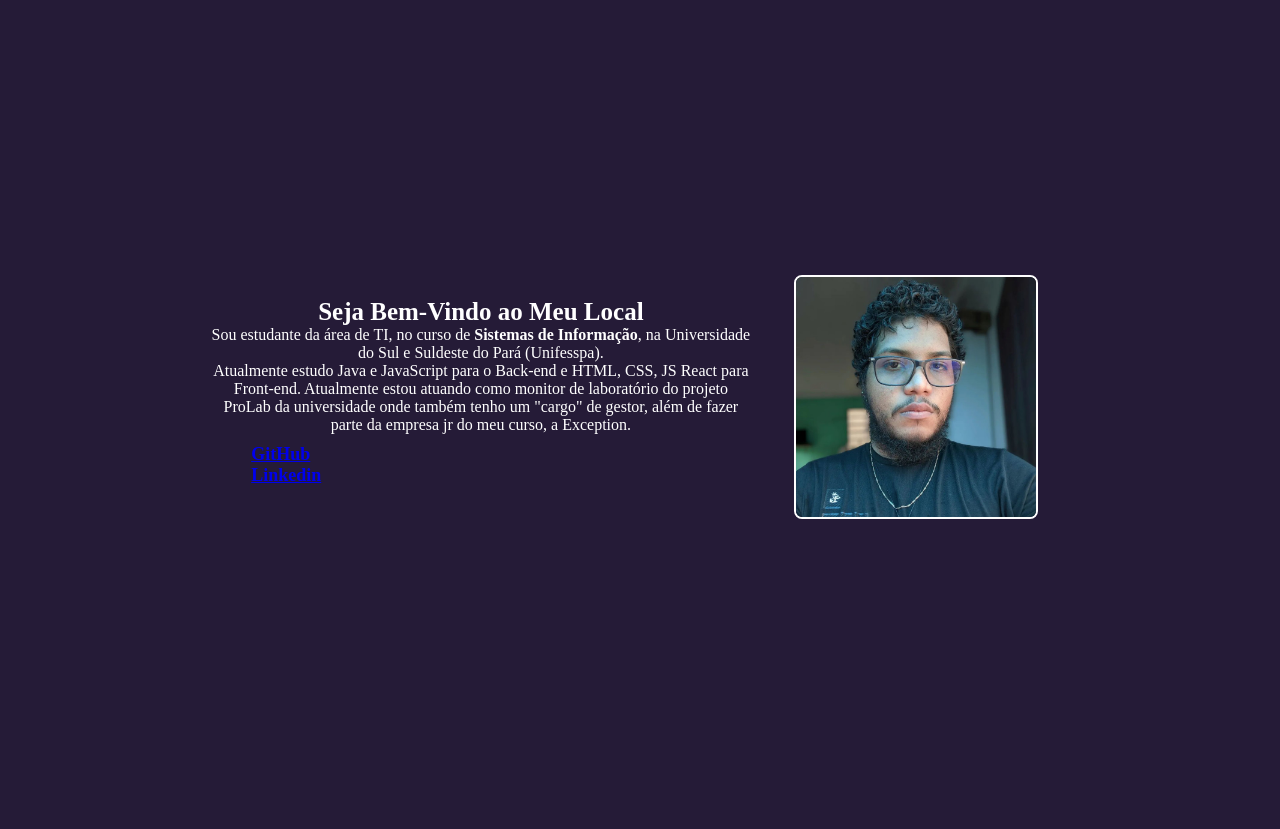
Repository: ramoncbarbosa/Web1_Atividade2
Page: index.html
An editor plug-in stored every save of this project. The page is shown before and after the next save, followed by the edit.
The browser window is 1280 px wide. The pictures show the whole page.

Above is the page before, as saved 2023-06-09 14:05:06.

After the next save:
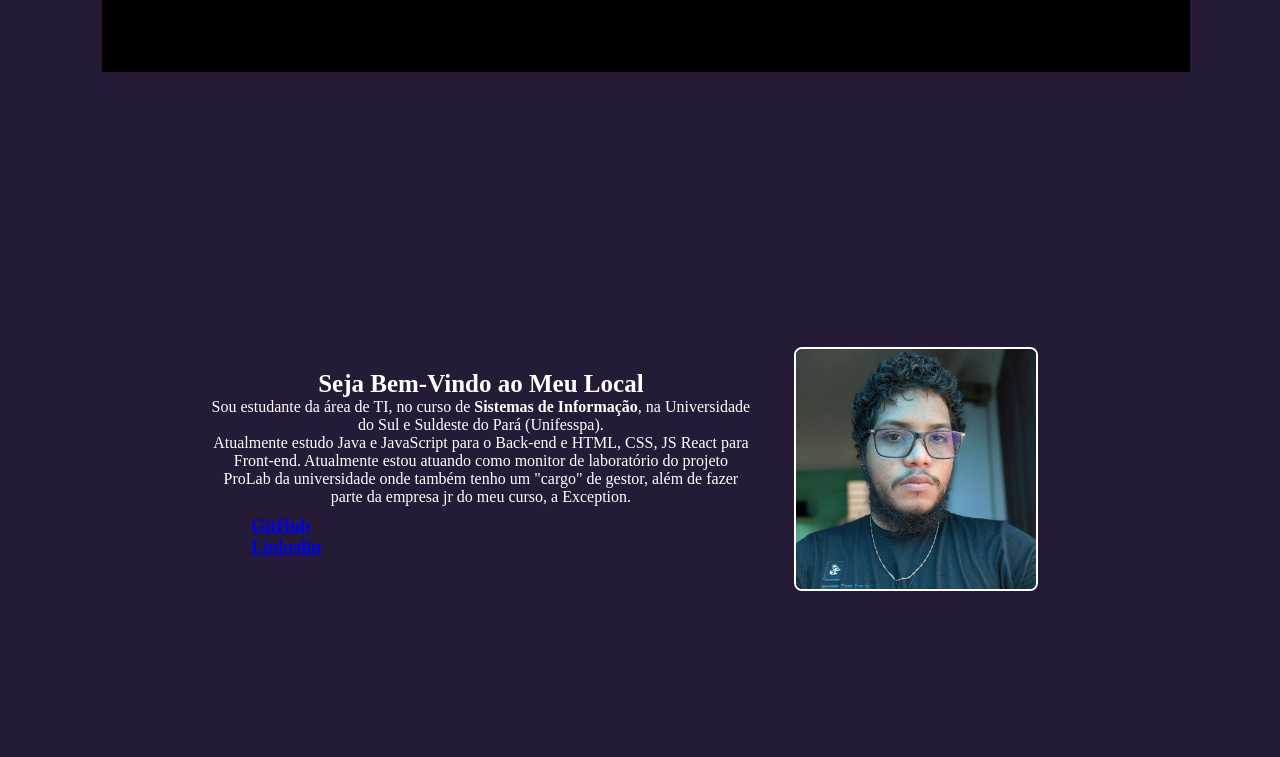
Saved 13 s later.
--- a/styles/styles.css
+++ b/styles/styles.css
@@ -20,6 +20,7 @@ body {
 
 .cabecalho{
     width: 100%;
+    height: 10%;
     background-color: var(--cor-tres);
 }
 
